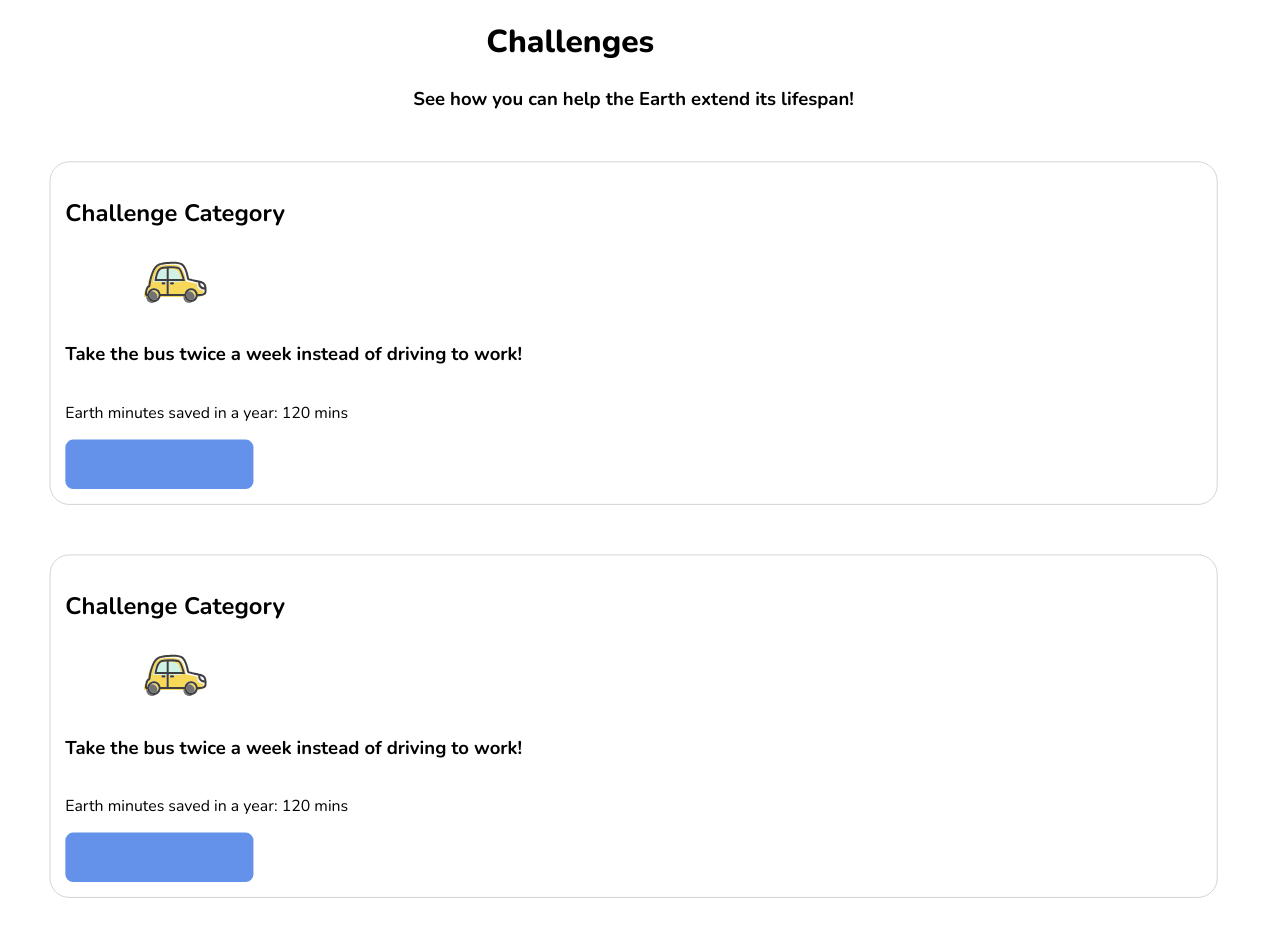
Repository: cho196/Timearth
Page: /challenges
These files come from the project's save history. The page is drawn as it stood at one moment and after the next save; the edit follows.
The browser window is 1280 px wide. The pictures show the whole page, at 99% of full size.
The project was rebuilt for these pictures with package versions that can differ from the ones it lists, and the page was loaded fresh each time. The framework's server and built-in components were replaced by stand-ins that run in the browser. Also part of the build but not shown: next.config.js.

Above is the page before, as saved 2022-04-11 14:45:06.

### pages/challenges.js
import ChallengeCont from "../comps/Challenge_cont";

export default function Challenges() {
    return <div>
        <h1>Challenges</h1>
        <h3>See how you can help the Earth
extend its lifespan!</h3>
        <ChallengeCont></ChallengeCont>
        <ChallengeCont></ChallengeCont>
        </div>
}

### styles/globals.css
@import url('https://fonts.googleapis.com/css2?family=Nunito:wght@400;500;600;700;800&display=swap');

html,
body {
  padding: 0;
  margin: 0;
  font-family: 'Nunito', sans-serif;
  text-align: center;
}

a {
  color: inherit;
  text-decoration: none;
}

* {
  box-sizing: border-box;
}

h1 {
    font-weight: 800;
    font-size: 32px;
    line-height: 44px;
    width: 90%;
}

h4 {
    font-weight: 400;
    font-size: 18px;
    line-height: 25px;
    margin-top: 0;
    width: 90%;
}

button {
    font-family: 'Nunito', sans-serif;
    border: none;
    font-style: normal;
    cursor: pointer;
}

.logomark {
    width: 12em;
    height: 12em;
    margin-top: 2em;
}

.background-shape {
    position: absolute;
    bottom: 0;
    height: 30%;
    width: 100%;
    border-radius: 50% 50% 0 0;
    background-color: #6B97ED;
    z-index: -1;
}

.section-selection {
    display: flex;
    flex-wrap: wrap;
    justify-content: center;
}

@media only screen and (max-width: 600px) and (max-height: 750px){
    .logomark {
        width: 10em;
        height: 10em;
        margin-top: 0.5em;
    }

    h1 {
        font-size: 24px;
    }

    h4 {
        font-size: 16px;
    }

}

### comps/Challenge_cont.js
import { useRouter } from "next/router";
import styled from 'styled-components';
import { cat1, cat2, cat3, cat4, cat5, cat6 } from "../data/intro_content";
import { SecondaryButton } from "./Button";


const Challenge_cont = styled.div`
border:1px solid lightgrey;
border-radius:20px;
display:flex;
flex-direction:column;
align-items:flex-start;
margin:50px;
padding:15px;
`


export default function ChallengeCont() {
    return <Challenge_cont>
        <div class="row">
        <h2>Challenge Category</h2>
        <img src={cat1.img} />
        </div>
        <h3>Take the bus twice a week instead of driving to work!</h3>
        <p>Earth minutes saved in a year: 120 mins</p>
        <SecondaryButton></SecondaryButton>
    </Challenge_cont>
}

### data/intro_content.js
export const PageTitle ="Let’s Start!"

export const cat1 = {
    title: "Transportation",
    img: "/transportation.svg"
}

export const cat2 = {
    title: "Food",
    img: "/food.svg"
}

export const cat3 = {
    title: "Water",
    img: "/water.svg"
}

export const cat4 = {
    title: "Electricity",
    img: "/electricity.svg"
}

export const cat5 = {
    title: "Waste",
    img: "/waste.svg"
}

export const cat6 = {
    title: "Shopping",
    img: "/shopping.svg"
}

### comps/Button.js
import { BtnStyle, BtnText, TextBtnStyle } from "../data/index_content"
import { useRouter } from "next/router";
import styled from 'styled-components';

const Button = styled.button`
    background-color: ${props => BtnStyle[props.BtnStyle].bgcolor};
    color: ${props => BtnStyle[props.BtnStyle].txtcolor};
    font-weight: 700;
    font-size: 20px;
    line-height: 27px;
    border-radius: 8px;
    width: 190px;
    height: 50px;
    bottom: 15.88%;
    position: absolute;
`
const TextButton = styled.div`
    display: flex;
    position: absolute;
    font-style: normal;
    font-weight: 700;
    font-size: 18px;
    line-height: 25px;
    cursor: pointer;
    left: ${props => TextBtnStyle[props.TextBtnStyle].left};
    right: ${props => TextBtnStyle[props.TextBtnStyle].right};
    top: 45px;
    color: ${props => TextBtnStyle[props.TextBtnStyle].color}
`
const StartButton = styled.button`
    background-color: ${props => BtnStyle[props.BtnStyle].bgcolor};
    color: ${props => BtnStyle[props.BtnStyle].txtcolor};
    font-weight: 700;
    font-size: 20px;
    line-height: 27px;
    border-radius: 8px;
    width: 190px;
    height: 50px;
`

export function BackButton() {
    const r = useRouter();

    return <TextButton
        TextBtnStyle="back"
        onClick={
            () => {
                r.replace(
                    {
                        pathname: "/intro"
                    }
                )
            }
        }>
        <img src ="../chevronleft.svg"></img>
        {BtnText.back}
    </TextButton>
}

export function SkipButton() {
    // const r = useRouter();

    return <TextButton
        TextBtnStyle = "skip">
        {BtnText.skip}
    </TextButton>
}

export function CTAButton() {
    const r = useRouter();

    return <Button
        BtnStyle="white"
        onClick={
            () => {
                r.replace(
                    {
                        pathname: "/intro"
                    }
                )
            }
        }
    >{BtnText.index}
    </Button>
}

export function PrimaryButton() {
    const r = useRouter();
    return <Button
        BtnStyle="orange"
        onClick={
            () => {
                r.replace(
                    {
                        pathname: "/questions"
                    }
                )
            }
        }
    >{BtnText.intro}
    </Button>
}

export function NextButton() {
    const r = useRouter();

    return <Button
        BtnStyle="white"
        onClick={
            () => {
                r.replace(
                    {
                        pathname: "/intro"
                    }
                )
            }
        }
    >{BtnText.next}
    </Button>
}

export function SecondaryButton() {
    const r = useRouter();

    return <StartButton
        BtnStyle="blue"
        onClick={
            () => {
                r.replace(
                    {
                        pathname: "./"
                    }
                )
            }
        }
    >{BtnText.start}
    </StartButton>
}

### data/index_content.js
export const PageTitle = "It’s time to log your changes!";

export const TextBtnStyle = {
    back: {
        color: "#000000",
        left: "14px"

    },

    skip: {
        color: "#BFBFBF",
        right: "30px"
    }
}

export const BtnStyle = {
    blue: {
        bgcolor: "#6491E9",
        txtcolor: "#FFFFFF"
    },

    orange: {
        bgcolor: "#FF9042",
        txtcolor: "#FFFFFF"
    },

    white: {
        bgcolor: "#FFFFFF",
        txtcolor: "#000000"
    },

    inactive: {
        bgcolor: "#DADADA",
        txtcolor: "#FFFFFF"
    }
}

export const BtnText = {
    index: "Get Started",
    intro: "Start Logging",
    next: "Next",
    back: "Back",
    skip: "Skip"
}

Loaded but not shown: pages/_app.js (common file)

After the next save:
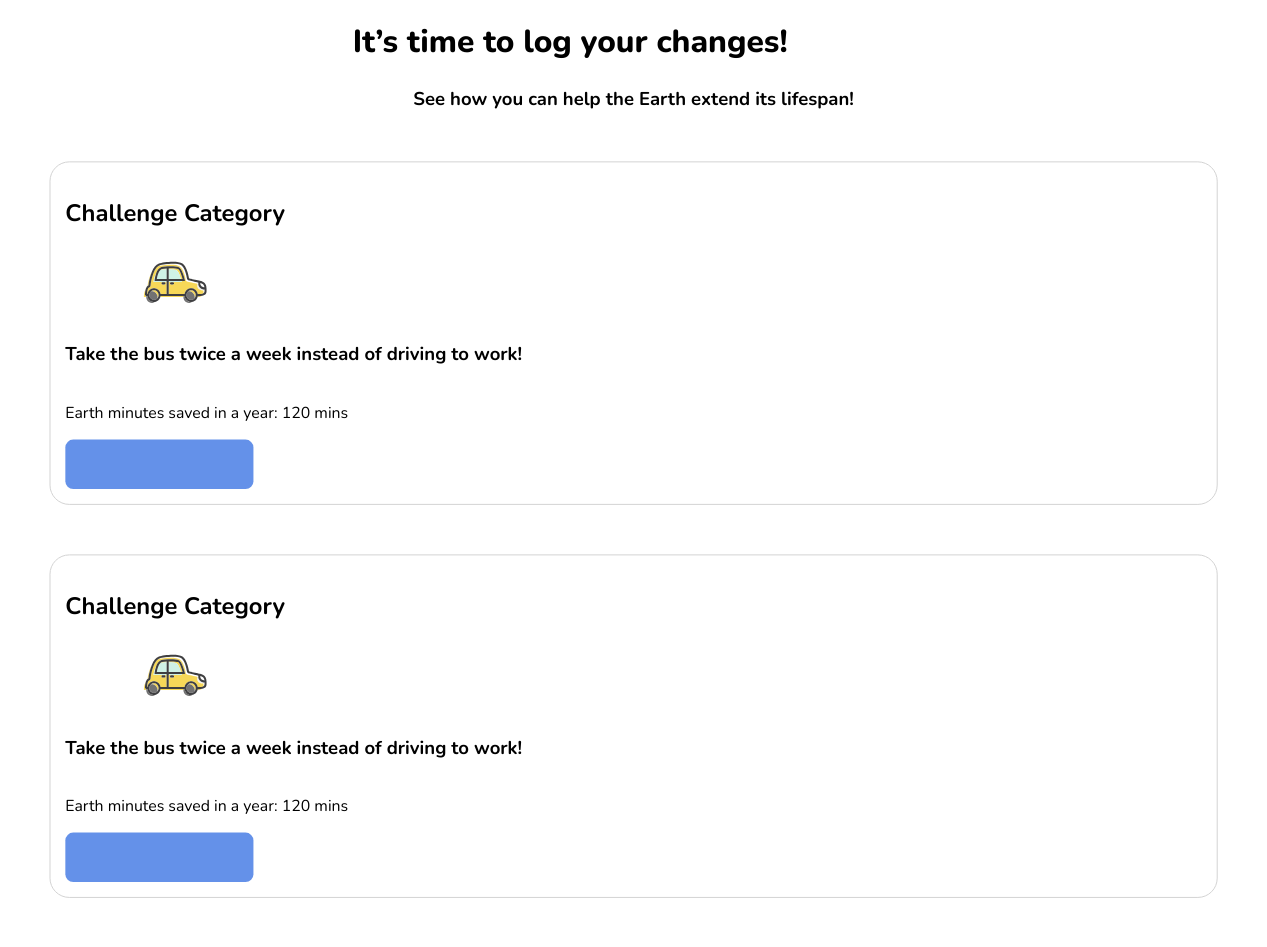
Saved 61 s later.
--- a/pages/challenges.js
+++ b/pages/challenges.js
@@ -1,8 +1,9 @@
 import ChallengeCont from "../comps/Challenge_cont";
+import { PageTitle } from "../data/index_content";
 
 export default function Challenges() {
     return <div>
-        <h1>Challenges</h1>
+        <h1>{PageTitle}</h1>
         <h3>See how you can help the Earth
 extend its lifespan!</h3>
         <ChallengeCont></ChallengeCont>

After the 2 saves that followed:
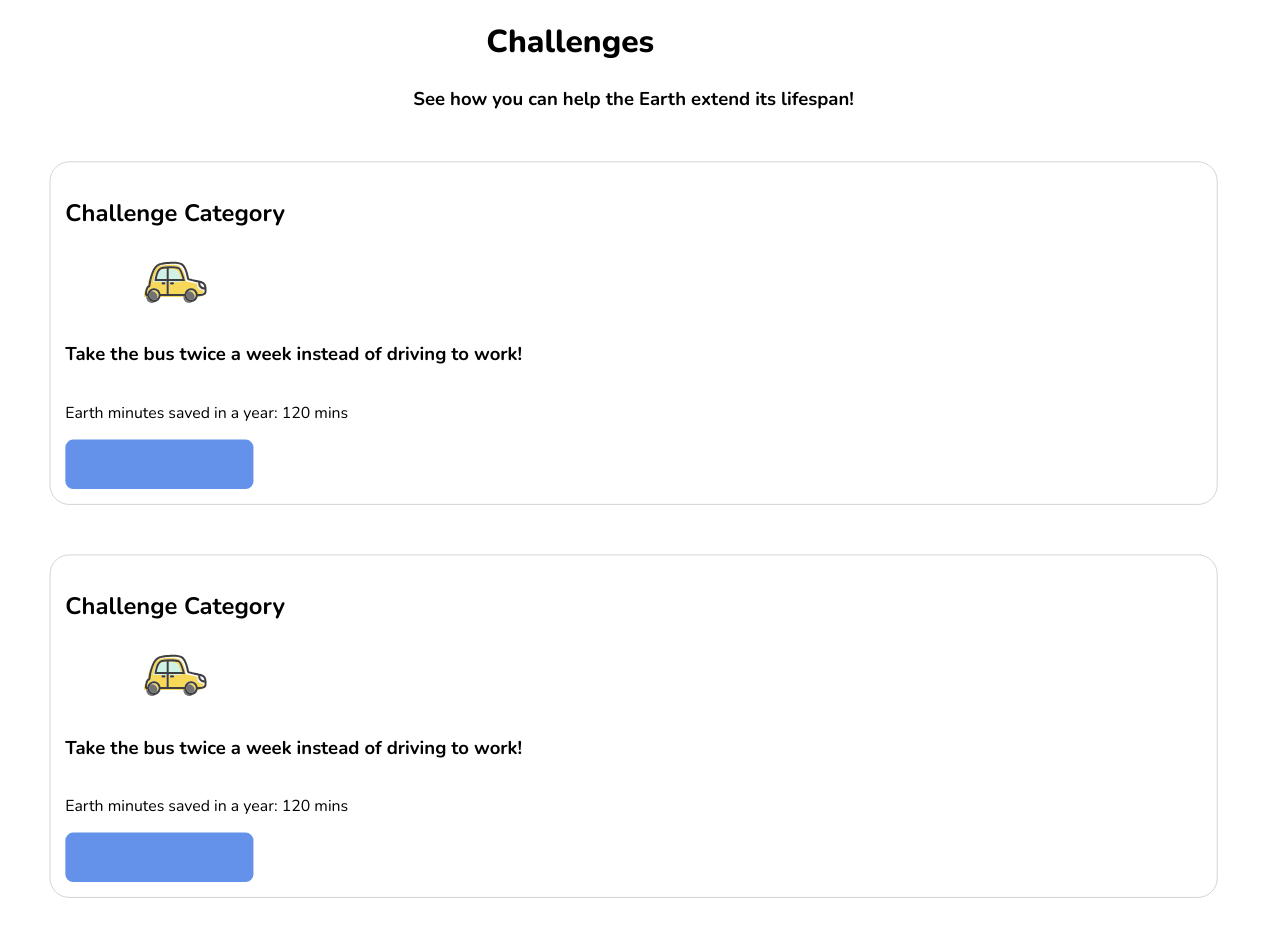
The 2 saves are shown as one change because they came seconds apart.
The last was saved 10 s later.
--- a/pages/challenges.js
+++ b/pages/challenges.js
@@ -3,7 +3,7 @@
 
 export default function Challenges() {
     return <div>
-        <h1>{PageTitle}</h1>
+        <h1>Challenges</h1>
         <h3>See how you can help the Earth
 extend its lifespan!</h3>
         <ChallengeCont></ChallengeCont>
